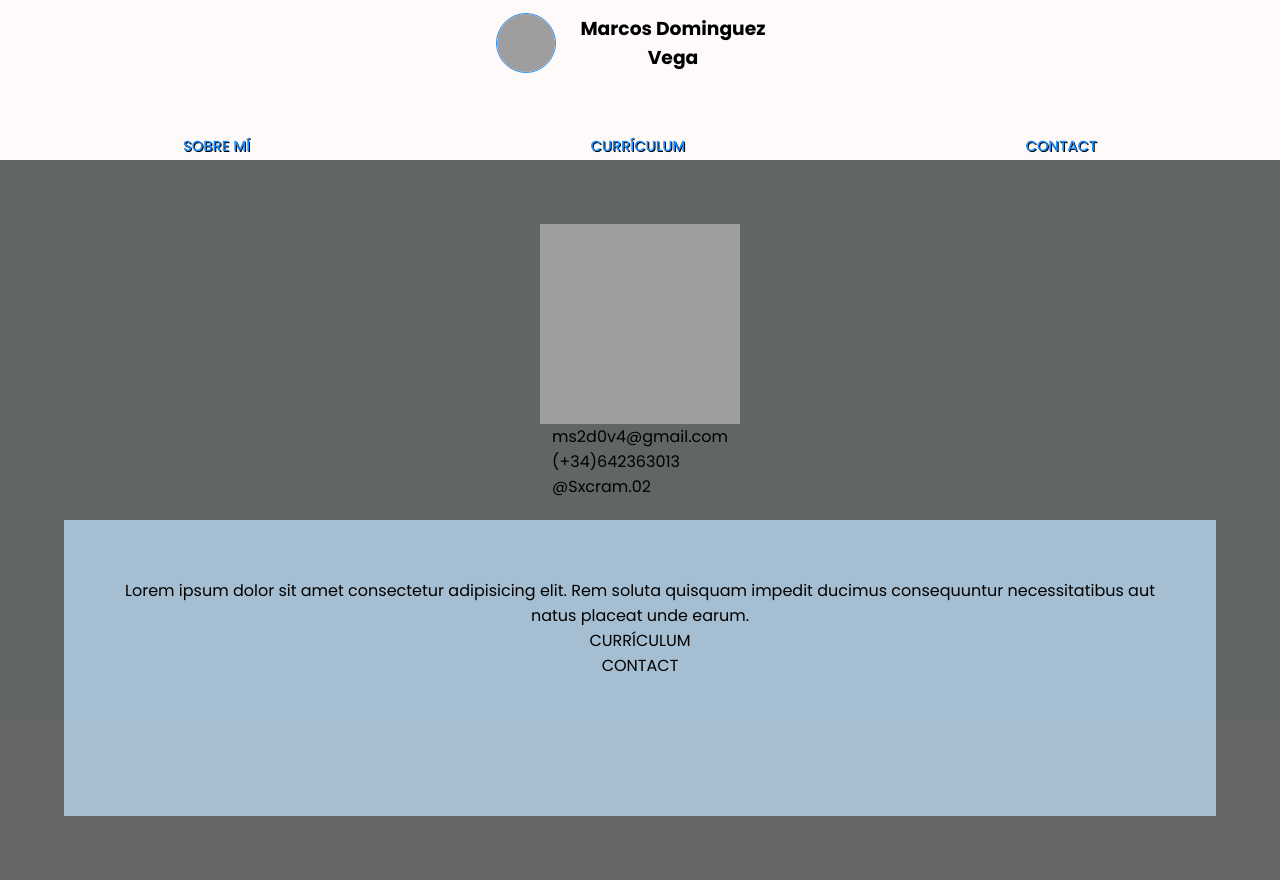
Repository: Sxcram02/Portfoliov.2
Page: index.html
These files come from the project's save history. The page is drawn as it stood at one moment and after the next save; the edit follows.
The browser window is 1280 px wide. The pictures show the whole page.
Pictures or frames that could not be fetched are drawn as grey boxes.

Above is the page before, as saved 2023-04-11 00:21:17.

### index.html
<!DOCTYPE html>
<html lang="en">
<head>
    <meta charset="UTF-8">
    <meta http-equiv="X-UA-Compatible" content="IE=edge">
    <meta name="viewport" content="width=device-width, initial-scale=1.0">
    <link rel="stylesheet" href="css/style.css" />
    <link rel="shortcut icon" href="https://picsum.photo/160" type="image/x-icon" />
    <title>miPortFolio</title>
</head>
<body>
    <div class="root">
        <header>
            <div class="box-porfile">
                <img src="https://picsum.photos/200" alt="porfile" />
                <h3 class="name">Marcos Dominguez Vega</h3>
            </div>
            <nav>
                <ul class="nav-bar">
                    <li><a href="">SOBRE MÍ</a></li>
                    <li><a href="">CURRÍCULUM</a></li>
                    <li><a href="">CONTACT</a></li>
                </ul>
            </nav>
        </header>
        <main>
            <section class="sobreMi">
                <article class="box-image">
                    <img src="https://picsum.photos/200" alt="porfile" />
                    <ul class="redes">
                        <li>ms2d0v4@gmail.com</li>
                        <li>(+34)642363013</li>
                        <li>@Sxcram.02</li>
                    </ul>
                </article>
                <article class="info">
                    <p>Lorem ipsum dolor sit amet consectetur adipisicing elit. Rem soluta quisquam impedit ducimus consequuntur necessitatibus aut natus placeat unde earum.</p>
                    <ul class="nav-bar2">
                        <li>CURRÍCULUM</li>
                        <li>CONTACT</li>
                    </ul>
                </article>
            </section>
        </main>
    </div>
</body>
</html>

### css/style.css
@import url('https://fonts.googleapis.com/css2?family=Poppins:ital,wght@0,400;0,500;0,600;0,700;0,800;0,900;1,400&display=swap');

* {
    margin: 0;
    padding: 0;
    box-sizing: border-box;
    font-family: 'Poppins',sans-serif;
    list-style: none;
    text-decoration: none;
}

.root {
    width: 100vw;
    height: 100vh;
    background-color: azure;
}

header {
    width: 100%;
    height: 10em;
    padding: 1%;
    background-color: snow;
    display: flex;
    flex-direction: column;
    align-items: center;
}

.box-porfile {
    display: flex;
    align-items: center;
    text-align: center;
}

.box-porfile > img {
    width: 60px;
    height: 60px;
    border-radius: 100%;
    margin-left: 2%;
    border: 1px solid dodgerblue;
}

.box-porfile > img:hover {
    border: 1px solid orange;
    transition: all 0.3s;
}

nav {
    width: 100%;
    margin-top: 5%;
}

.nav-bar {
    display: flex;
    align-items: center;
    justify-content: space-around;
    font-weight: 500;
    text-shadow: 1px 1px black;
    font-size: 11pt;
}

.nav-bar li > a {
    border-radius: 10px;
    padding: 10px;
    cursor: pointer;
    color: dodgerblue;
}

.nav-bar li:hover > a {
    background-color: rgba(128, 128, 128, 0.604);
    color:orange;
    transition: all 0.3s;
}

main {
    width: 100vw;
    height: 100vh;
}

.sobreMi {
    height: 100vh;
    padding: 5%;
    background-color: rgba(0, 0, 0, 0.599);
    display: grid;
    grid-template-columns: 1,1fr;
    grid-template-rows: repeat(2,1fr);
}

.box-image {
    grid-column: 1/2;
    grid-row: 1/2;
    display: flex;
    flex-direction: column;
    align-items: center;
}

.info {
    grid-column: 1/2;
    grid-row: 2/3;
    text-align: center;
    padding: 5%;
    background-color: rgba(195, 227, 254, 0.704);
}

After the next save:
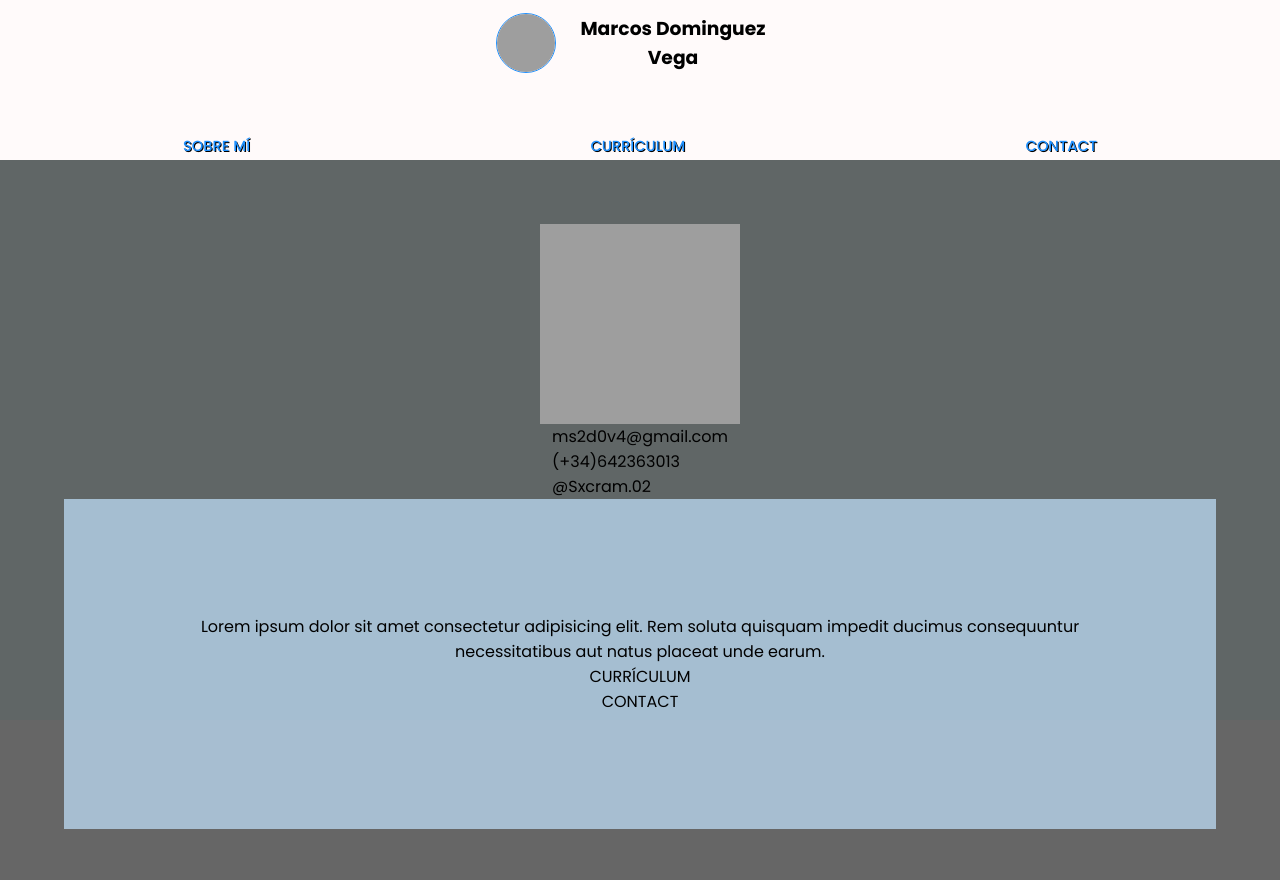
Saved 20 s later.
--- a/css/style.css
+++ b/css/style.css
@@ -97,6 +97,6 @@ main {
     grid-column: 1/2;
     grid-row: 2/3;
     text-align: center;
-    padding: 5%;
+    padding: 10%;
     background-color: rgba(195, 227, 254, 0.704);
 }
